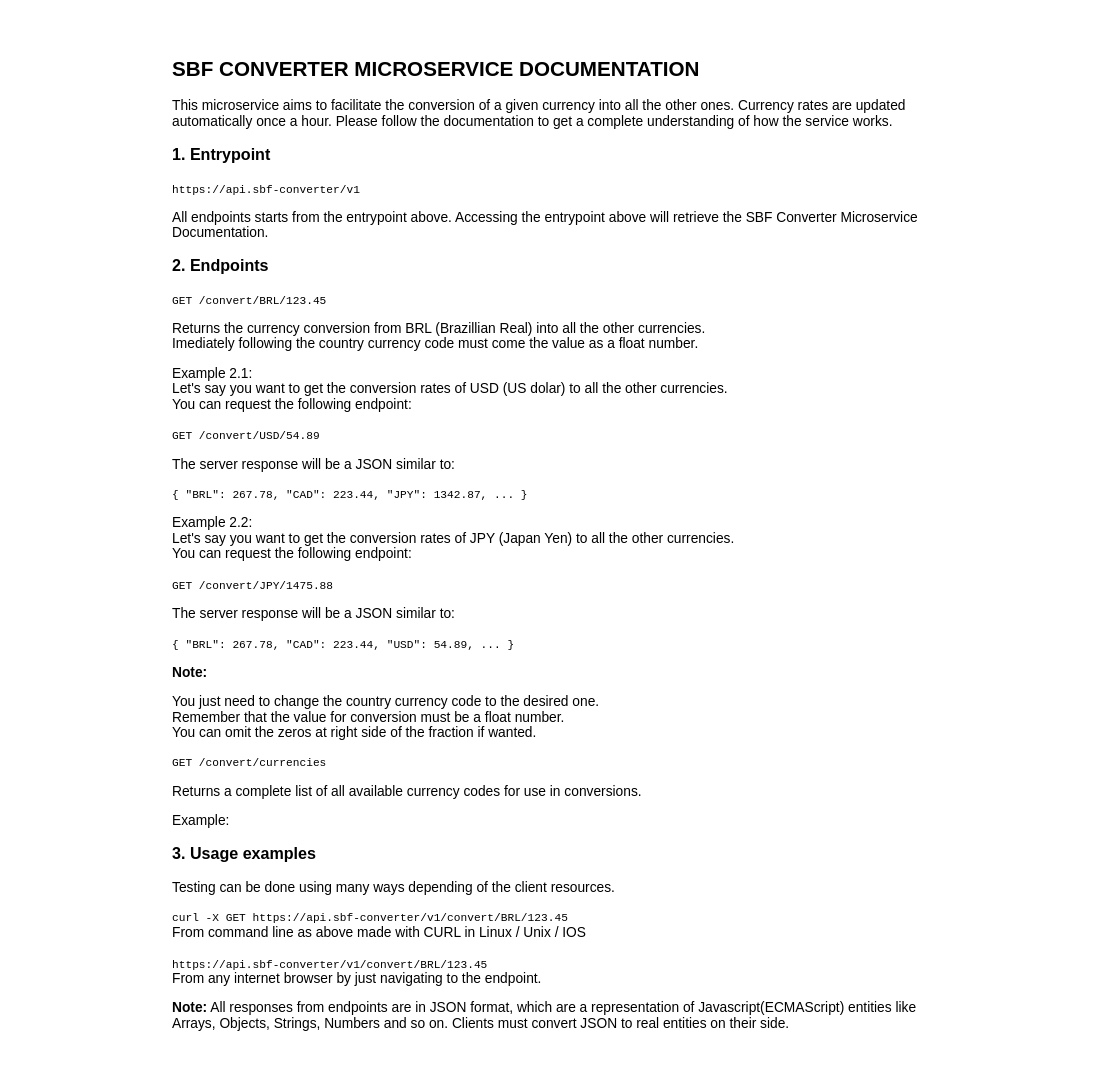
Repository: miguelamello/nestjs-restful-api
Page: documentation.html
An editor plug-in stored every save of this project. The page is shown before and after a run of saves, followed by the edit.
The browser window is 1280 px wide. The pictures show the whole page, at 86% of full size.

Above is the page before, as saved 2023-03-21 22:56:12.

After the next 2 saves:
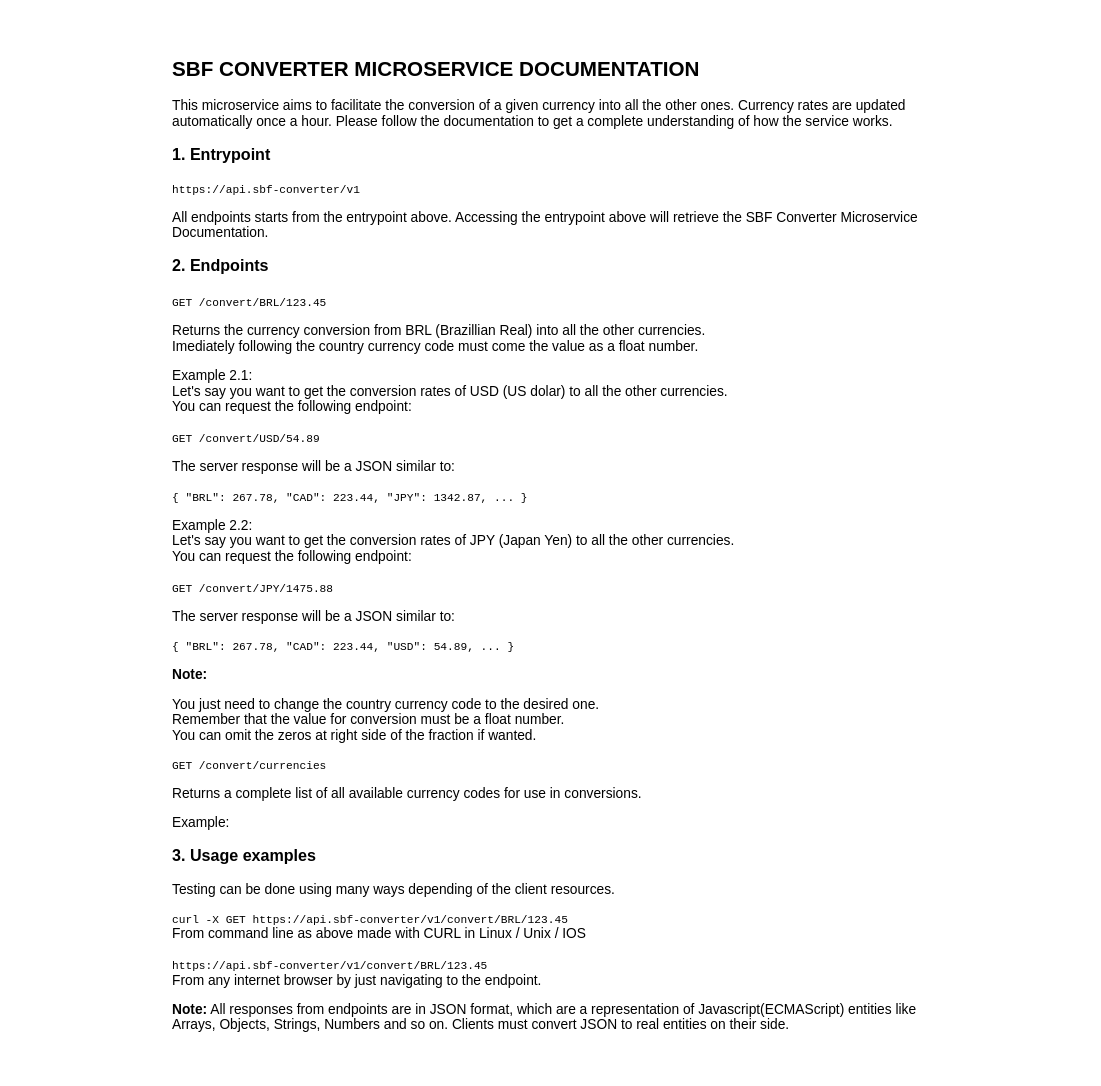
The 2 saves are shown as one change because they came seconds apart.
The last was saved 100 s later.
--- a/documentation.html
+++ b/documentation.html
@@ -28,6 +28,7 @@
   </p>
 
   <h3>2. Endpoints</h3>
+  <h4></h4>
   <p>
     <code>GET /convert/BRL/123.45</code>
     <div>Returns the currency conversion from BRL (Brazillian Real) into all the other currencies.</div>
